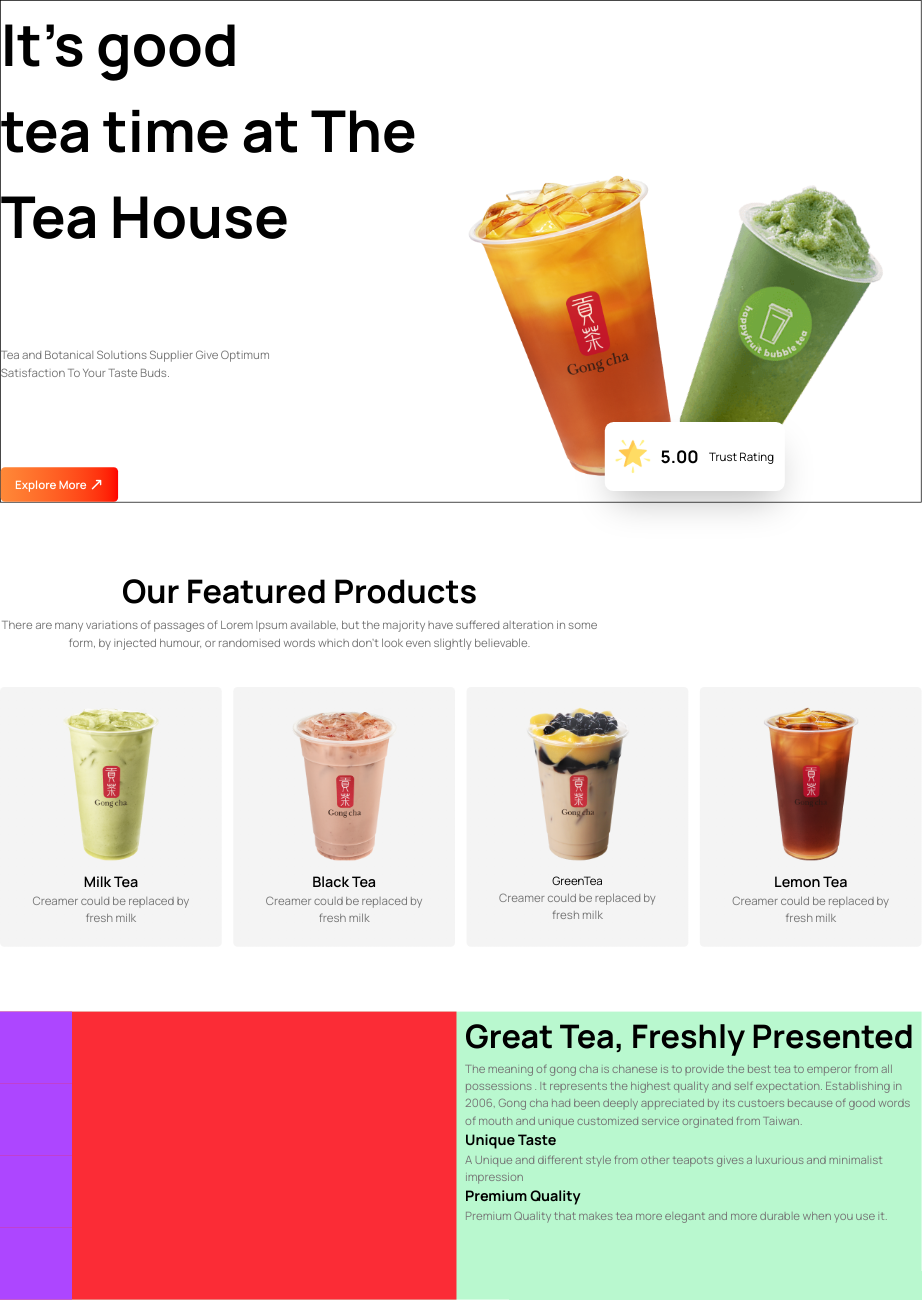
Repository: tanimtanzilislam/Tea-house
Page: index.html
The author's editor kept a copy of each file at every save. The page is drawn from the files as they stood at one save, then again after a run of saves.
The browser window is 1280 px wide. The pictures show the whole page, at 72% of full size.
Some web libraries are served in a nearby version.

Above is the page before, as saved 2026-03-25 17:39:39.

After the next 2 saves:
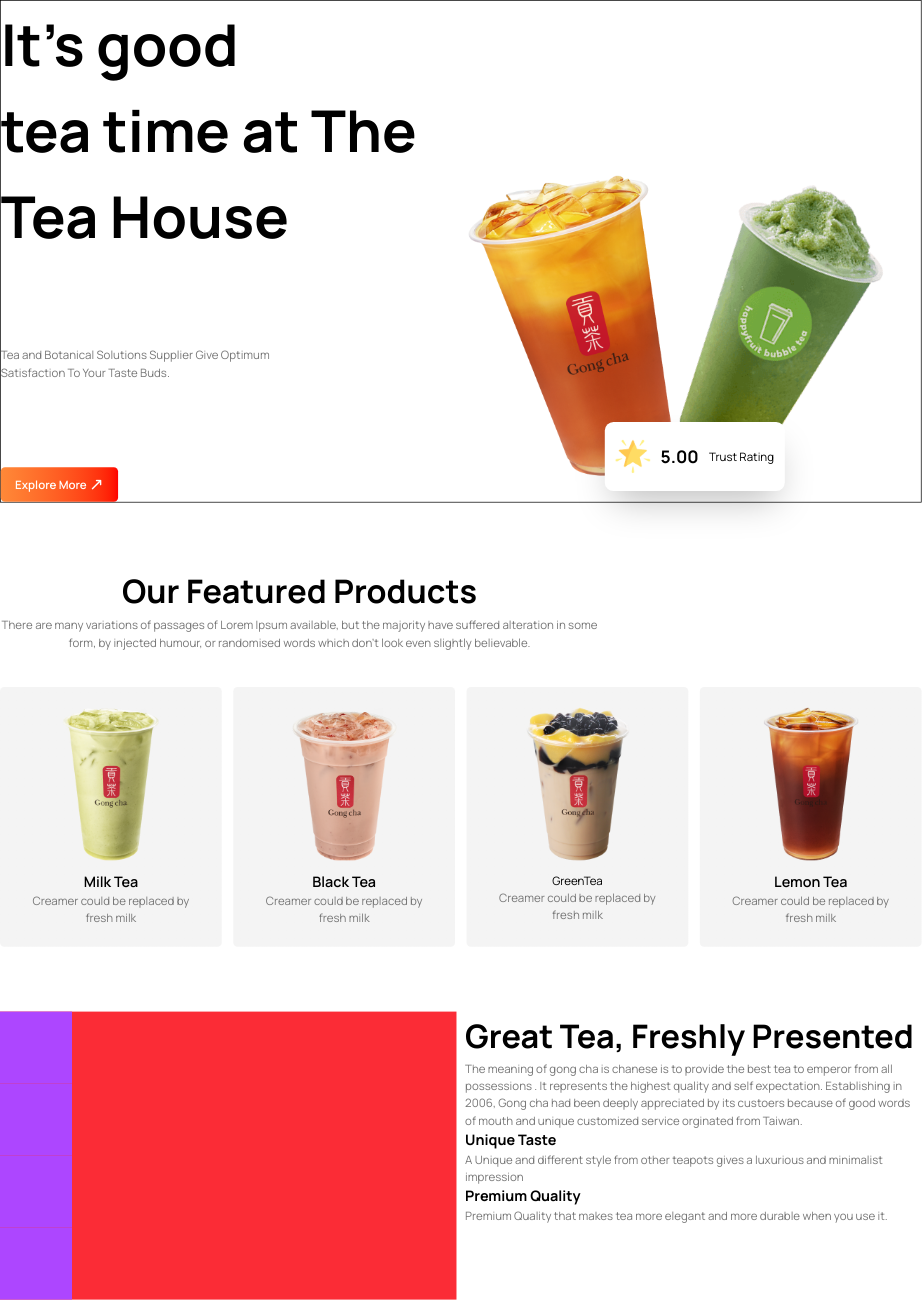
The 2 saves are shown as one change because they came seconds apart.
The last was saved 12 s later.
--- a/index.html
+++ b/index.html
@@ -95,7 +95,7 @@
 
 <!-- Great Tea sections -->
 
-<section  class="container mx-auto bg-green-200  grid grid-cols-2 gap-3">
+<section  class="container mx-auto   grid grid-cols-2 gap-3">
 
     <div  class="great-tea-left bg-red-500 ">
         <div class="h-[100px] w-[100px] bg-purple-500"></div>
